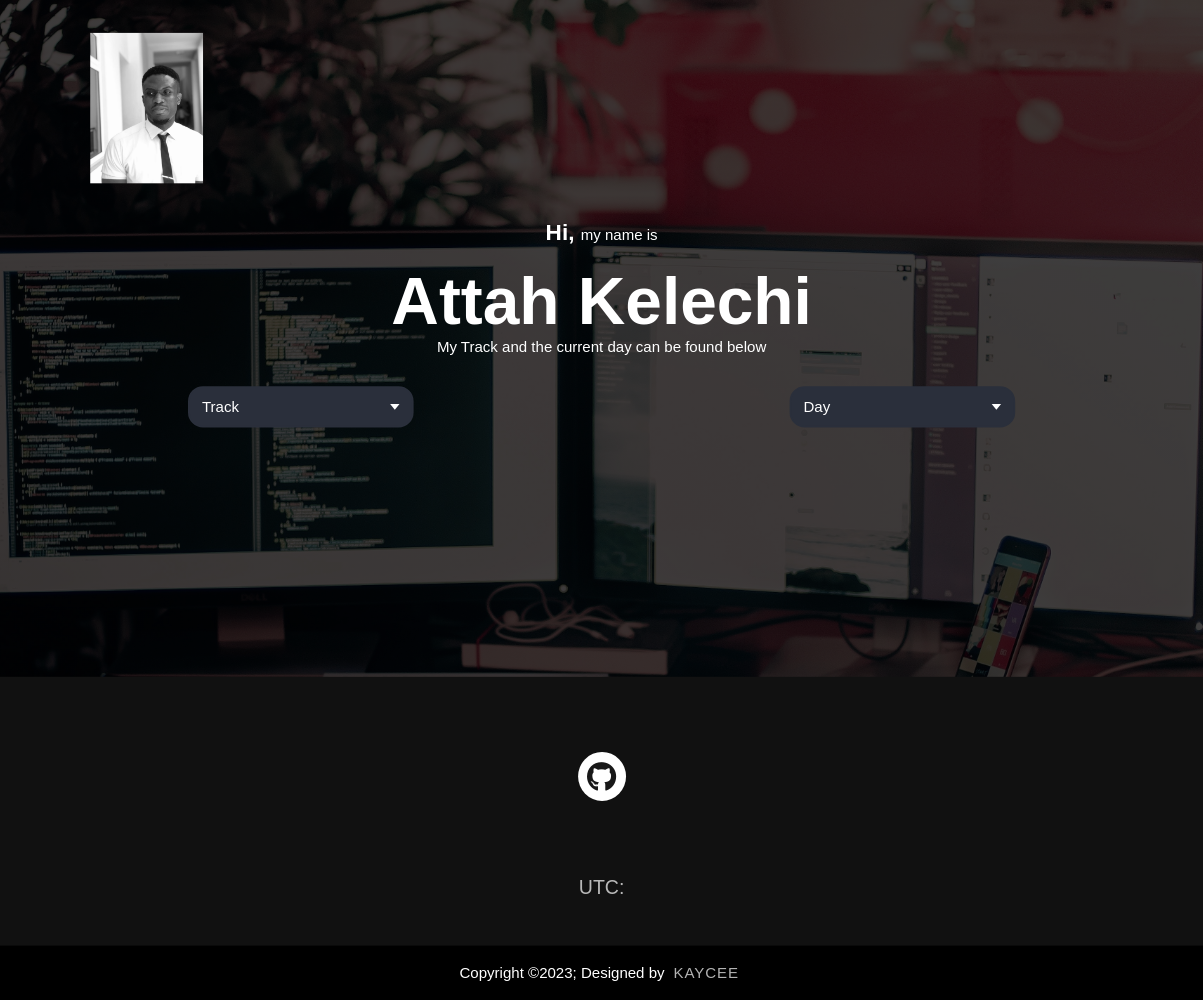
Repository: Kaycee-attah/HNG-Internship_2023
Page: index.html
The author's editor kept a copy of each file at every save. The page is drawn from the files as they stood at one save, then again after the next save.
The browser window is 1280 px wide. The pictures show the whole page, at 94% of full size.

Above is the page before, as saved 2023-09-07 12:02:53.

### index.html
<!DOCTYPE html>
<html lang="en">
<head>
    <meta charset="UTF-8">
    <meta name="viewport" content="width=device-width, initial-scale=1.0">
    <title>How to make a website - Easy tutorial</title>
    <link rel="stylesheet" href="style.css">
    <link rel="stylesheet" href="https://cdnjs.cloudflare.com/ajax/libs/font-awesome/6.4.2/css/all.min.css" integrity="sha512-z3gLpd7yknf1YoNbCzqRKc4qyor8gaKU1qmn+CShxbuBusANI9QpRohGBreCFkKxLhei6S9CQXFEbbKuqLg0DA==" crossorigin="anonymous" referrerpolicy="no-referrer" />
</head>
<body>
    <div class="banner">
        <div class="navbar">
            <img class="logo" src="slack_DP.JPG" alt="Kaycee" data-testid="slackDisplayImage">
            <!-- <ul>
                <li><a href="#">Home</a></li>
                <li><a href="#">Bedroom</a></li>
                <li><a href="#">Dining</a></li>
                <li><a href="#">Kitchen</a></li>
                <li><a href="#">Backyard</a></li>
            </ul> -->
        </div>
    </div>
    <div class="content">
        <h2>Hi, <span class="text"> my name is</span></h2>
        <h1 data-testid="slackUserName">Attah Kelechi</h1>
        <span class="text-sm">My Track and the current day can be found below</span>

        <div class="track_info">
            <div class="dropdown">
                <div class="select">
                    <span class="selected">Track</span>
                    <div class="caret"></div>
                </div>
                <ul class="menu">
                    <li data-testid="myTrack">Frontend </li>

                </ul>

                <!-- <button type="button"><span class="btn"></span> MORE</button>
                <button type="button"><span class="btn"></span>SUBSCRIBE</button> -->
            </div>
            <div class="dropdown">
                <div class="select">
                    <span class="selected">Day</span>
                    <div class="caret"></div>
                </div>
                <ul class="menu">
                    <li data-testid="currentDayOfTheWeek">Framer </li>

                </ul>

                <!-- <button type="button"><span class="btn"></span> MORE</button>
                <button type="button"><span class="btn"></span>SUBSCRIBE</button> -->
            </div>
        </div>


    </div>
    <footer>
        <div class="footer_Container">
            <div class="social-icon">
                <a href=""><i class="fa-brands fa-github"></i></a>
            </div>

        </div>
        <div class="footer_Info">
            <ul>
                <li data-testid="currentUTCTime">UTC: </li>

            </ul>
        </div>
        <div class="footer_Bottom">
            <p>Copyright &copy;2023; Designed by <span class="designer">Kaycee</span></p>
        </div>
    </footer>

    <script src="script.js"></script>
</body>

</html>

### style.css
*{
    margin: 0;
    padding: 0;
    font-family: sans-serif;

}
body{
    background-image: linear-gradient(rgba(0,0,0,0.75), rgba(0,0,0,0.75)), url(IMG_6759.JPG);
    background-size: cover;
    background-position: center;
}

.banner{
    width: 100%;
    height: 100vh;


}
.navbar{
    width: 85%;
    margin: auto;
    padding: 35px 0;
    display: flex;
    align-items: center;
    justify-content: space-between;
}
.logo{
    width: 120px;
    cursor: pointer;
}
.navbar ul li{
    list-style: none;
    display: inline-block;
    margin: 0 20px;
    position: relative;
}
.navbar ul li a{
    text-decoration: none;
    color: #fff;
    text-transform: uppercase;
}
.navbar ul li::after{
    content: "";
    height: 3px;
    width: 0;
    background: #009688;
    position: absolute;
    left: 0;
    bottom: -10px;
    transition: 0.5s;
}
.navbar ul li:hover::after{
    width: 100%;
}
.content{
    width: 100%;
    position: absolute;
    top: 50%;
    transform: translateY(-50%);
    text-align: center;
    color: #fff;
}
.content h1{
    font-size: 70px;
    margin-top: 20px;
}
.content p{
    margin: 20px auto;
    font-weight: 100;
    line-height: 25px;
}
.text{
    margin: 0;
    font-weight: 20;
    font-size: medium;
    line-height: 5px;
}
.track_info {
    display: flex;
    justify-content: space-around;
    align-items: center;
}
.dropdown{
    min-width: 15em;
    position: relative;
    margin: 2em;
    /* display: flex;
    justify-content: space-between;
    align-items: center; */

}
.dropdown *{
    box-sizing: border-box;
}

.select{
    background: #2a2f3b;
    color: #fff;
    display: flex;
    justify-content: space-between;
    align-items: center;
    border: 2px #2a2f3b solid;
    border-radius: 1em;
    cursor: pointer;
    transition: background 0.3s;
    padding: 0.7em 0.8em;
}
.select-clicked{
    border: 2px #26489a solid;
    box-shadow: 0 0 0.8em #26489a;
    display: flex;
    justify-content: space-between;


}

.select:hover{
    background: #323741;
}

.caret{
    width: 0;
    height: 0;
    border-left: 5px solid transparent;
    border-right: 5px solid transparent;
    border-top: 6px solid #fff;
    transition: 0.3s;
}

.caret-rotate{
    transform: rotateX(180deg);

}

.selected-rotate{
    transform: rotateX(180deg);

}

.menu{
    list-style: none;
    padding: 0.2em 0.5em;
    background: #323741;
    border: 1px #363a43 solid;
    box-shadow: 0 0.5em 1em rgba(0, 0, 0, 0.2);
    border-radius: 0.5em;
    color: #9fa5b5;
    position: absolute;
    width: 100%;
    top: 4em;
    min-height: auto;
    left: 50%;
    transform: translateX(-50%);
    opacity: 0;
    display: none;
    transition: 0.2s;
    z-index: 1;
}

.menu li{
    padding: 0.7em 0.5em;
    margin: 0.3em 0;
    border-radius: 0.5em;
}

.menu li:hover{
    background: #2a2d35;
}

.menu-open{
    display: block;
    opacity: 1;
}


button{
    width: 200px;
    padding: 15px 0;
    text-align: center;
    margin: 20px 10px;
    border-radius: 25px;
    font-weight: bold;
    border: 2px solid #009688;
    background: transparent;
    color: #fff;
    cursor: pointer;
    position: relative;
    overflow: hidden;
}
.btn{
    background: #009688;
    height: 100%;
    width: 0;
    border-radius: 25px;
    position: absolute;
    left: 0;
    bottom: 0;
    z-index: -1;
    transition: 0.5s;
}
button:hover span{
    width: 100%;
}
footer{
    background-color: #111;
    width: 100%;
}
.footer_Container{
    /* width: 100%; */
    padding: 70px 30px 20px;
}
.social-icon{
    display: flex;
    justify-content: center;
}
.social-icon a{
    text-decoration: none;
    padding: 10px;
    background-color: white;
    margin: 10px;
    border-radius: 50%;
}
.social-icon a i{
    font-size: 2em;
    color: black;
    opacity: 0.9;
}


.social-icon a:hover{
    background-color: #111;
    transition: 0.5s;
}
.social-icon a:hover i{
    background-color: white;
    transition: 0.5s;
}
.footer_Info{
    margin: 30px 0;
}
.footer_Info ul{
    display: flex;
    justify-content: space-around;
}
.footer_Info ul li{
    color: white;
    margin: 20px;
    text-decoration: none;
    list-style: none;
    font-size: 1.3em;
    opacity: 0.7;
    transition: 0.5s;
}

.footer_Bottom {
    background-color: #000;
    padding: 20px;
    text-align: center;
}
.footer_Bottom p{
    color: white;

}
.designer{
    opacity: 0.7;
    text-transform: uppercase;
    letter-spacing: 1px;
    font-weight: 400;
    margin: 0px 5px;
    /* position: fixed; */
}

@media (max-width: 700px){
    .footer_Info ul{
        flex-direction: column;
    }
    .footer_Info ul li{
        width: 100%;
        text-align: center;
        margin: 10px 0;
    }
}

### script.js
const now = new Date();
const day = now.getDay();
const hours = now.getHours();
const minutes = now.getMinutes();
const UTCtimeStamp = now.getTime();
const GMTdate_and_time = now.toUTCString();
const daysOfWeek = [
    "Sunday",
    "Monday",
    "Tuesday",
    "Wednesday",
    "Thursday",
    "Friday",
    "Saturday"
]
const today = daysOfWeek[day];
const UTC = now.getUTCMilliseconds();
console.log("Current day of the week:", today)
console.log("UTC:", UTC)

console.log("UTCtimeStamp:", UTCtimeStamp)
console.log("GMTdate_and_time:", GMTdate_and_time)

const dropdowns = document.querySelectorAll('.dropdown');

dropdowns.forEach(dropdown => {
    const select = dropdown.querySelector('.select');
    const caret = dropdown.querySelector('.caret');
    const menu = dropdown.querySelector('.menu');
    const options = dropdown.querySelector('.menu li');
    const selected = dropdown.querySelector('.selected');


    select.addEventListener('click', () => {
        select.classList.toggle('select-clicked');
        select.classList.toggle('caret-rotate');
        selected.classList.toggle('selected-rotate');
        menu.classList.toggle('menu-open');
    })

    // options.forEach(option => {
    //     option.addEventListener('click', () => {
    //         // select.classList.toggle('select-clicked');
    //         select.classList.remove('select-clicked')
    //         caret.classList.remove('caret-rotate');
    //         menu.classList.remove('menu-open');


    //     })
    // })
})

After the next save:
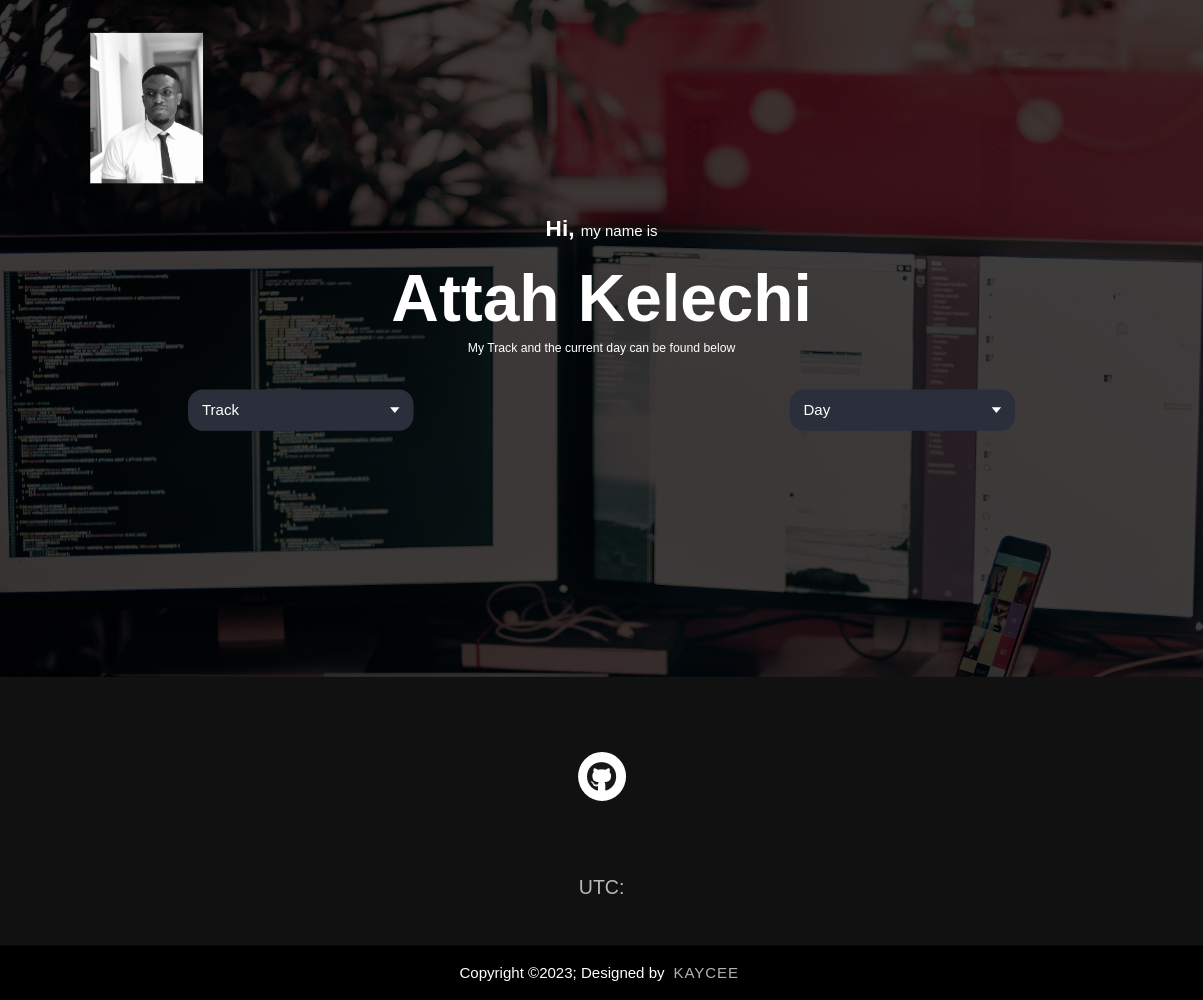
Saved 109 s later.
--- a/style.css
+++ b/style.css
@@ -74,6 +74,12 @@ body{
     font-weight: 20;
     font-size: medium;
     line-height: 5px;
+}
+.text-sm{
+    margin: 15px auto;
+    font-weight: 10;
+    font-size: small;
+    line-height: 25px;
 }
 .track_info {
     display: flex;
